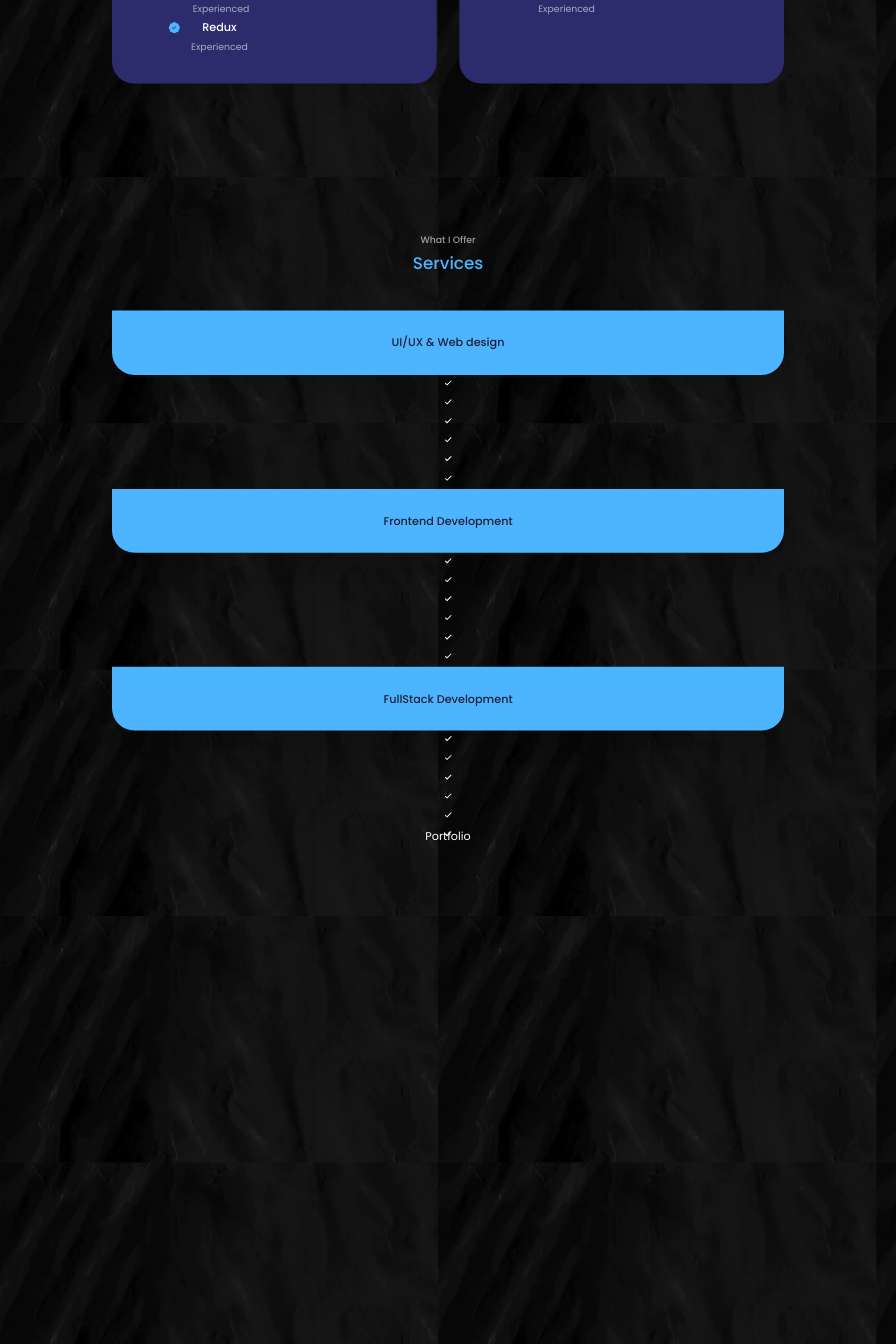
Repository: mayuri2018/Mr_react_portfolio
Page: /
An editor plug-in stored every save of this project. The page is shown before and after the next save, followed by the edit.
The browser window is 1280 px wide. The pictures show the part of the page from y = 2212 to 4132 px (the page is 5835 px tall), at 70% of full size.
The project was rebuilt for these pictures with package versions that can differ from the ones it lists, and the page was loaded fresh each time. Also part of the build but not shown: src/components/portfolio/portfolio.css, src/components/testimonials/testimonials.css, src/components/contact/contact.css, src/components/footer/footer.css.

Above is the page before, as saved 2023-01-25 14:58:19.

### public/index.html
<!DOCTYPE html>
<html lang="en">
  <head>
    <meta charset="utf-8" />
    <link rel="icon" href="%PUBLIC_URL%/favicon.ico" />
    <meta name="viewport" content="width=device-width, initial-scale=1" />
    <meta name="theme-color" content="#000000" />
    <meta
      name="description"
      content="Web site created using create-react-app"
    />
    <link rel="apple-touch-icon" href="%PUBLIC_URL%/logo192.png" />
    <!--
      manifest.json provides metadata used when your web app is installed on a
      user's mobile device or desktop. See https://developers.google.com/web/fundamentals/web-app-manifest/
    -->
    <link rel="manifest" href="%PUBLIC_URL%/manifest.json" />
    <!--
      Notice the use of %PUBLIC_URL% in the tags above.
      It will be replaced with the URL of the `public` folder during the build.
      Only files inside the `public` folder can be referenced from the HTML.

      Unlike "/favicon.ico" or "favicon.ico", "%PUBLIC_URL%/favicon.ico" will
      work correctly both with client-side routing and a non-root public URL.
      Learn how to configure a non-root public URL by running `npm run build`.
    -->
    <title>React portfolio</title>
  </head>
  <body>
    <noscript>You need to enable JavaScript to run this app.</noscript>
    <div id="root"></div>
    <!--
      This HTML file is a template.
      If you open it directly in the browser, you will see an empty page.

      You can add webfonts, meta tags, or analytics to this file.
      The build step will place the bundled scripts into the <body> tag.

      To begin the development, run `npm start` or `yarn start`.
      To create a production bundle, use `npm run build` or `yarn build`.
    -->
  </body>
</html>

### src/index.css
@import url('https://fonts.googleapis.com/css2?family=Poppins:wght@300;400;500;600&display=swap');
*{
  margin:0;
  padding: 0;
  border: 0;
  outline: 0;
  box-sizing:border-box;
  list-style: none;
  text-decoration: none;
}
:root{
  --color-bg:#1f1f38;
  --color-bg-variant:#2c2c6c;
  --color-primary:#4db5ff;
  --color-primary-vriant:rgba(77,181,255,0.4);
  --color-white:#fff;
  --color-light:rgba(255, 255, 255, 0.6);
  --transition: all 400ms;
  --container-width-lg:75%;
  --container-width-md:86%;
  --container-width-sm:90%;
}

html {
  scroll-behavior: smooth;
}

::-webkit-scrollbar{
  display: none;
}
body{
  font-family: "Poppins", sans-serif;
  background:var (--color-white);
  color: var(--color-white);
  line-height: 1.7;
  background-image: url(../src/assets/bg-texture.webp);
}
/*---------general style---------*/
.container{
  width: var(--container-width-lg);
  margin: 0 auto;
}

h1,
h2,
h3,
h4,
h5{
  font-weight:500;
}
h1{
  font-size: 2.5rem;
}
section{
  margin-top: 8rem;
  height: 100vh;
}
section > h2,
section >h5{
  text-align: center;
  color: var(--color-light);
}
section > h2{
  color: var(--color-primary);
  margin-bottom: 3rem;
}
.text-light{
  color: var(--color-light);
}
a{
  color: var(--color-primary);
  transition: var(--transition);
}
a:hover{
  color: var(--color-white);
}
.btn{
  width: max-content;
  display: inline-block;
  color: var(--color-primary);
  padding: 0.75rem 1.2rem;
  border-radius: 0.4rem;
  cursor: pointer;
  border: 1px solid var(--color-primary);
  transition: var(--transition);
}
.btn:hover{
  background: var(--color-white);
  color: var(--color-bg);
  border-color: transparent;
}
.btn-primary{
  background: var(--color-primary);
  color: var(--color-bg);
}
img{
  display: block;
  width: 100%;
  object-fit: cover;
}
/*----------Media Queries (Medium devices)-----*/
@media screen and (max-width: 1024px){
  .container{
    width: var(--container-width-md);
  }
  section{
    margin-top: 6rem;
  }

}
/*----------Media Queries (small devices)-----*/
@media screen and (max-width: 600px){
  .container{
    width: var(--container-width-md);
  }
  section > h2{
    margin-bottom: 2rem;
  }

}

### src/components/header/Header.jsx
import React from "react";
import "./header.css";
import ME from "../../assets/ME.jpeg";
import CTA from "./CTA";
import HeaderSocials from "./HeaderSocials";

export default function Header(){
    return(
        <header>
            <div className="container header_container">
                <h5>Hello I'm</h5>
                <h1>Mayuri Vaddempudi</h1>
                <h5 className="text-light">Fullstack Developer</h5>
                <CTA/>
                <HeaderSocials/>
                <div className="me">
                    <img src={ME} alt="me"/>
                </div>
                <a href="#contact" className="scroll_down">Scroll Down</a>
            </div>
        </header>

    )
}

### src/components/nav/Nav.jsx
import React from "react";
import "./nav.css";
import {AiOutlineHome} from "react-icons/ai";
import {BiBook} from "react-icons/bi";
import {AiOutlineUser} from "react-icons/ai";
import {RiServiceLine} from "react-icons/ri";
import {BiMessageSquareDetail} from "react-icons/bi";
import { useState } from "react";

export default function Nav(){
    const[activeNav, setActiveNav] = useState("#")
    return(
        <nav>
            <a href="#" onClick = {()=> setActiveNav("#")}className={activeNav === "#" ? "active" : ""}><AiOutlineHome/></a>
            <a href="#about" onClick = {()=> setActiveNav("#about")}className={activeNav === "#about" ? "active" : ""}><AiOutlineUser/></a>
            <a href="#experience" onClick = {()=> setActiveNav("#experience")}className={activeNav === "#experience" ? "active" : ""}><BiBook/></a>
            <a href="#services" onClick = {()=> setActiveNav("#services")}className={activeNav === "#services" ? "active" : ""}><RiServiceLine/></a>
            <a href="#contact" onClick = {()=> setActiveNav("#contact")}className={activeNav === "#contact" ? "active" : ""}><BiMessageSquareDetail/></a>
        </nav>

    )
}

### src/components/about/About.jsx
import React from "react";
import "./about.css";
import ME from "../../assets/ME.jpeg";
import{FaAward} from "react-icons/fa";
import{FiUsers} from "react-icons/fi";
import{VscFolderLibrary} from "react-icons/vsc";

export default function About(){
    return(
        <section id="about">
            <h5>Get To Know</h5>
            <h2>About Me</h2>
            <div className="container about_container">
                <div className="about_me">
                    <div className="about_me-image">
                        <img src={ME} alt="About-image"/>
                    </div>
                </div>

                <div className="about_content">
                    <div className="about_cards">
                        <article className="about_card">
                            <FaAward className="about_icon"/>
                            <h5>Experience</h5>
                            <small>4+ Years working</small>
                        </article>

                        <article className="about_card">
                            <FiUsers className="about_icon"/>
                            <h5>Clients</h5>
                            <small>5 Worldwide</small>
                        </article>

                        <article className="about_card">
                            <VscFolderLibrary className="about_icon"/>
                            <h5>Projects</h5>
                            <small>5+ Completed</small>
                        </article>
                    </div>
                    <p>
                    Overall with 4 years of experience including design & developing for building websites.
                    My experience in web design led me to learn technologies such as SEO, Google Analytics,
                    Schema Markup and Wireframe.
                    Passionate about work in cross-functional teams and delivering the best solutions for customers.
                    Currently working on web apps created on ReactJs, Redux, React-router, and Axios.
                    Open for relocation and working as a front-end.
                    </p>
                    <a href="#contact" className="btn-primary">Let's Talk</a>
                </div>
            </div>
        </section>
    )
}

### src/components/services/Services.jsx
import React from "react";
import "./services.css";
import{BiCheck} from "react-icons/bi"

export default function Services(){
    return(
        <section id="services">
            <h5>What I Offer</h5>
            <h2>Services</h2>
            <div className="container service_container">
                <article className="service">
                    <div className="service_head">
                        <h3>UI/UX & Web design</h3>
                    </div>
                    <ul className="service_list">
                        <li>
                            <BiCheck className="service_list-icon"/>
                            <p></p>
                        </li>
                        <li>
                            <BiCheck className="service_list-icon"/>
                            <p></p>
                        </li>
                        <li>
                            <BiCheck className="service_list-icon"/>
                            <p></p>
                        </li>
                        <li>
                            <BiCheck className="service_list-icon"/>
                            <p></p>
                        </li>
                        <li>
                            <BiCheck className="service_list-icon"/>
                            <p></p>
                        </li>
                        <li>
                            <BiCheck className="service_list-icon"/>
                            <p></p>
                        </li>
                    </ul>
                </article>
                {/*End of UI/UX */}
                <article className="service">
                    <div className="service_head">
                        <h3>Frontend Development</h3>
                    </div>
                    <ul className="service_list">
                        <li>
                            <BiCheck className="service_list-icon"/>
                            <p></p>
                        </li>
                        <li>
                            <BiCheck className="service_list-icon"/>
                            <p></p>
                        </li>
                        <li>
                            <BiCheck className="service_list-icon"/>
                            <p></p>
                        </li>
                        <li>
                            <BiCheck className="service_list-icon"/>
                            <p></p>
                        </li>
                        <li>
                            <BiCheck className="service_list-icon"/>
                            <p></p>
                        </li>
                        <li>
                            <BiCheck className="service_list-icon"/>
                            <p></p>
                        </li>
                    </ul>
                </article>
                {/*End of Frontend */}
                <article className="service">
                    <div className="service_head">
                        <h3>FullStack Development</h3>
                    </div>
                    <ul className="service_list">
                        <li>
                            <BiCheck className="service_list-icon"/>
                            <p></p>
                        </li>
                        <li>
                            <BiCheck className="service_list-icon"/>
                            <p></p>
                        </li>
                        <li>
                            <BiCheck className="service_list-icon"/>
                            <p></p>
                        </li>
                        <li>
                            <BiCheck className="service_list-icon"/>
                            <p></p>
                        </li>
                        <li>
                            <BiCheck className="service_list-icon"/>
                            <p></p>
                        </li>
                        <li>
                            <BiCheck className="service_list-icon"/>
                            <p></p>
                        </li>
                    </ul>
                </article>
                {/*End of fullstack */}
            </div>
        </section>
    )
}

### src/components/portfolio/Portfolio.jsx
import React from "react";
import "./portfolio.css";

export default function Portfolio(){
    return(
        <section id="portfolio">Portfolio</section>
    )
}

### src/components/testimonials/Testimonials.jsx
import React from "react";
import "./testimonials.css";

export default function Testimonials(){
    return(
        <section id="testimonials">Testimonials</section>
    )
}

### src/components/contact/Contact.jsx
import React from "react";
import "./contact.css";

export default function Contact(){
    return(
        <section id="contact">Contact</section>
    )
}

### src/components/footer/Footer.jsx
import React from "react";
import "./footer.css";

export default function Footer(){
    return(
        <div>Footer</div>
    )
}

### src/components/header/header.css
header{
    height: 100vh;
    padding-top: 7rem;
    overflow: hidden;
}
.header_container{
    text-align: center;
    height: 100%;
    position: relative;
}
/*------------CTA-----------*/
.cta{
    margin-top: 2.5rem;
    display: flex;
    gap: 1.2rem;
    justify-content: center;
}
/*------------headerSocials-----------*/
.header_socials{
    display: flex;
    flex-direction: column;
    align-items: center;
    gap: 0.8rem;
    position: absolute;
    left: 0;
    bottom: 3rem;
}
.header_socials::after{
    content: "";
    width: 1px;
    height: 2rem;
    background: var(--color-primary);
}
/*------------ME-----------*/
.me{
    background: linear-gradient(var(--color-primary), transparent);
    width: 22rem;
    height: 30rem;
    position: absolute;
    left: calc(50% - 11rem);
    margin-top: 4rem;
    border-radius: 12rem 12rem 0 0;
    overflow: hidden;
    padding: 5rem 1.5rem 1.5rem 1.5rem;
}
/*------------scroll down-----------*/
.scroll_down{
    position: absolute;
    right: -2.3rem;
    bottom: 5rem;
    transform: rotate(90deg);
    font-weight: 300;
    font-size: 0.9;
}
/*----------Media Queries (Medium devices)-----*/
@media screen and (max-width: 1024px){
    header{
        height: 68vh;
    }

  }
  /*----------Media Queries (small devices)-----*/
  @media screen and (max-width: 600px){
    header{
        height: 100vh;
    }
    .header_socials,
    .scroll_down{
        display: none;
    }
  }

### src/components/header/CTA.jsx
import React from "react";

export default function CTA(){
    return(
        <div className="cta">
           <a href="{CV}" className="btn">Download CV</a>
           <a href="#contact" className="btn btn-primary">Let's Talk</a>
        </div>
    )
}

### src/components/header/HeaderSocials.jsx
import React from "react";
import {BsLinkedin} from "react-icons/bs";
import {BsGithub} from "react-icons/bs";
import {FaDribbble} from "react-icons/fa";

export default function HeaderSocials(){
    return(
        <div className="header_socials">
            <a href="https://linkedin.com" target="_blank"><BsLinkedin/></a>
            <a href="https://github.com" target="_blank"><BsGithub/></a>
            <a href="https://dribble.com" target="_blank"><FaDribbble/></a>
        </div>
    )
}

### src/components/nav/nav.css
nav{
    background: rgba(0, 0, 0, 0.3);
    width: max-content;
    display: block;
    padding: 0.7rem 1.7rem;
    z-index: 2;
    position: fixed;
    left: 50%;
    transform: translate(-50%);
    bottom: 2rem;
    display: flex;
    gap: 0.8rem;
    border-radius: 3rem;
    backdrop-filter: blur(15px);
}
nav a{
    background: transparent;
    padding: 0.9rem;
    border-radius: 50%;
    display: flex;
    color: var(--color-light);
    font-size: 1.1rem;
}
nav a:hover{
    background:rgba(0, 0, 0, 0.3);
}
nav a.active{
    background: var(--color-bg);
    color: var(--color-white);
}

### src/components/about/about.css
.about_container{
    display: grid;
    grid-template-columns: 35% 50%;
    gap:15%;
}

.about_me{
    width: 100%;
    aspect-ratio: 1/1;
    border-radius: 2rem;
    background: linear-gradient(
        45deg,
        transparent,
        var(--color-primary),
        transparent);
    display: grid;
    place-items: center;
}

.about_me-image{
    border-radius: 2rem;
    overflow: hidden;
    transform: rotate(10deg);
    transition: var(--transition);
}

.about_me-image:hover{
    transform: rotate(0);
}
.about_cards{
    display: grid;
    grid-template-columns: repeat(3, 1fr);
    gap: 1.5em;
}

.about_card{
    background: var(--color-bg-variant);
    border: 1px solid transparent;
    border-radius: 1rem;
    padding: 2rem;
    text-align: center;
    transition: var(--transition);
}

.about_card:hover{
    background: transparent;
    border-color: var(--color-primary-variant);
    cursor: default;
}

.about_icon{
    color: var(--color-primary);
    font-size: 1.4rem;
    margin-bottom: 1rem;
}
.about_card h5{
    font-size: 0.9rem;
}

.about_card small{
    font-size: 0.7rem;
    color: var(--color-light);
}

.about_content p{
    margin: 2rem 0 2.6rem;
    color:var(--color-light);
}

/*----------Media Queries (Medium devices)-----*/
@media screen and (max-width: 1024px){
    .about_container{
        grid-template-columns: 1fr;
        gap:0;
    }
    .about_me{
        width: 50%;
        margin: 1rem 0 1.5rem;
    }

  }
  /*----------Media Queries (small devices)-----*/
  @media screen and (max-width: 600px){
    .about_me{
        width: 65%;
        margin: 0 auto 3rem;
    }
    .about_cards{
        grid-template-columns: 1fr 1fr;
        gap:1rem ;
    }
    .about_content{
        text-align: center;
    }
    .about_content p{
        margin: 1.5rem 0;
    }
  }

### src/components/experience/experience.css
.experience_container{
    display: grid;
    grid-template-columns: 1fr 1fr;
    gap:2rem;
}
.experience_container > div{
    background:var(--color-bg-variant);
    padding: 2.4rem 5rem;
    border-radius: 2rem;
    border: 1px solid transparent;
    transition: var(--transition);
}

.experience_container > div:hover{
    background: transparent;
    border-color: var(--color-primary-variant);
    cursor: default;
}
.experience_container > div h3{
    text-align: center;
    margin-bottom: 2rem;
    color: var(--color-primary);
}

.experience_container{
    display: grid;
    grid-template-columns: 1fr 1fr;
    row-gap: 2rem;
}
.experience_details{
    display: flex;
    gap:1rem;
}
.experience_details-icon{
    margin-top: 6px;
    color: var(--color-primary);
}

/*----------Media Queries (Medium devices)-----*/
@media screen and (max-width: 1024px){
    .experience_container{
        grid-template-columns: 1fr;
    }
    .experience_container > div{
        width: 80%;
        padding: 2rem;
        margin: 0 auto;
    }
    .experience_content{
        padding: 1rem;
    }

  }
  /*----------Media Queries (small devices)-----*/
  @media screen and (max-width: 600px){
   .experience_container{
    gap:1rem;
   }
   .experience_container > div{
    width: 100%;
    padding: 2rem 1rem;
   }
  }

### src/components/services/services.css
.services_container{
    display: grid;
    grid-template-columns: repeat(3 1fr);
    gap:3rem;
}
.services{
    background: var(--color-bg-variant);
    border-radius:0 0 2rem 2rem;
    height: fit-content;
    transition: var(--transition);
}
.services:hover{
    background: transparent;
    border-color: var(--color-primary-variant);
    cursor: default;
}
.service_head{
    background: var(--color-primary);
    padding: 2rem;
    border-radius: 0 0 2rem 2rem;
    box-shadow: 0 2rem 1rem rgba(0, 0, 0, 0.1);
}
.service_head h3{
    color: var(--color-bg);
    font-size: 1rem;
    text-align: center;
}

Loaded but not shown: src/index.js (common file); src/reportWebVitals.js (common file); src/App.css (common file); src/App.js (30 lines, source omitted); src/components/experience/Experience.jsx (127 lines, source omitted)

After the next save:
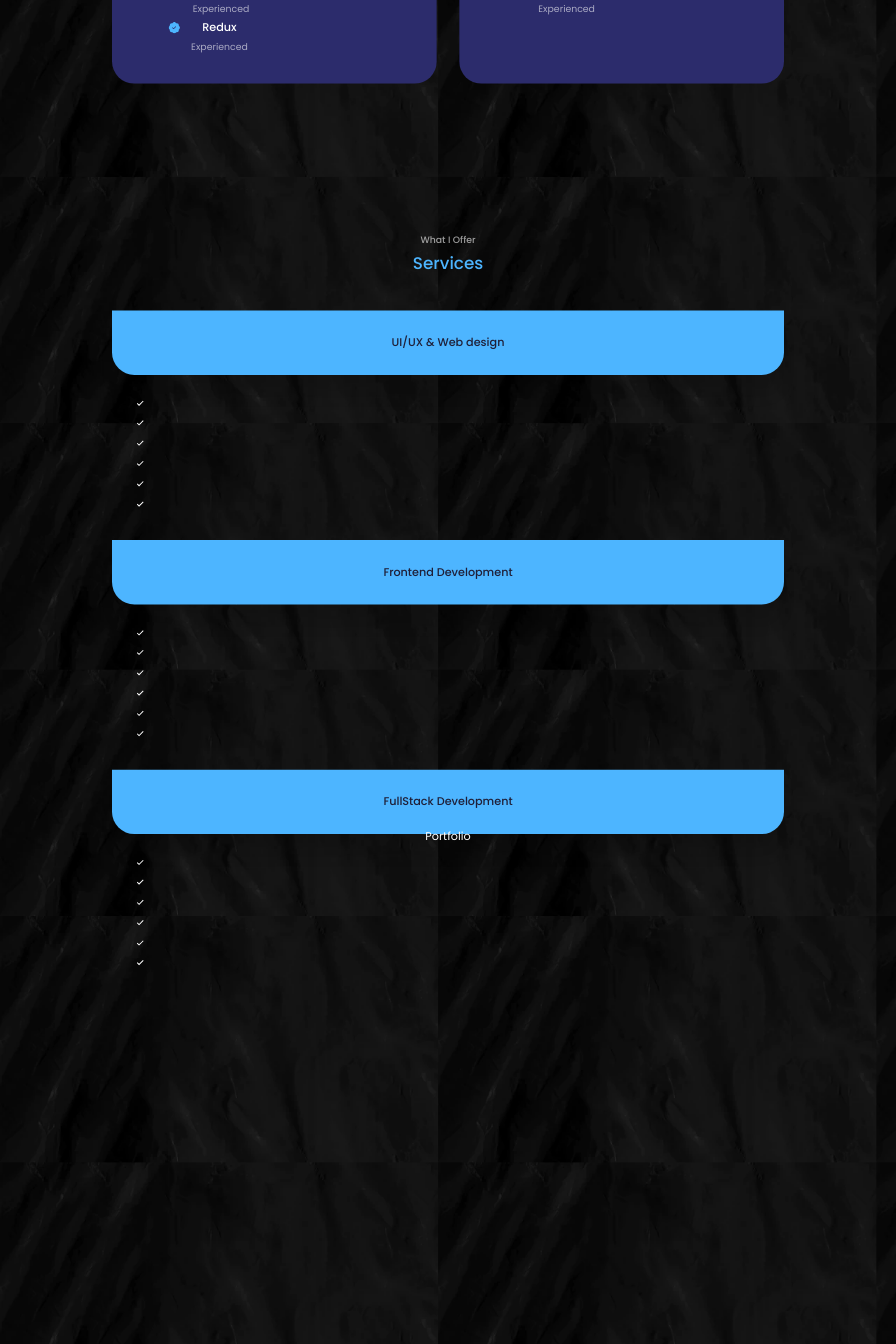
Saved 80 s later.
--- a/src/components/services/services.css
+++ b/src/components/services/services.css
@@ -25,3 +25,11 @@
     font-size: 1rem;
     text-align: center;
 }
+.service_list{
+    padding: 2rem;
+}
+.service_list li{
+    display: flex;
+    gap:1rem;
+    margin-bottom: 0.8rem;
+}
